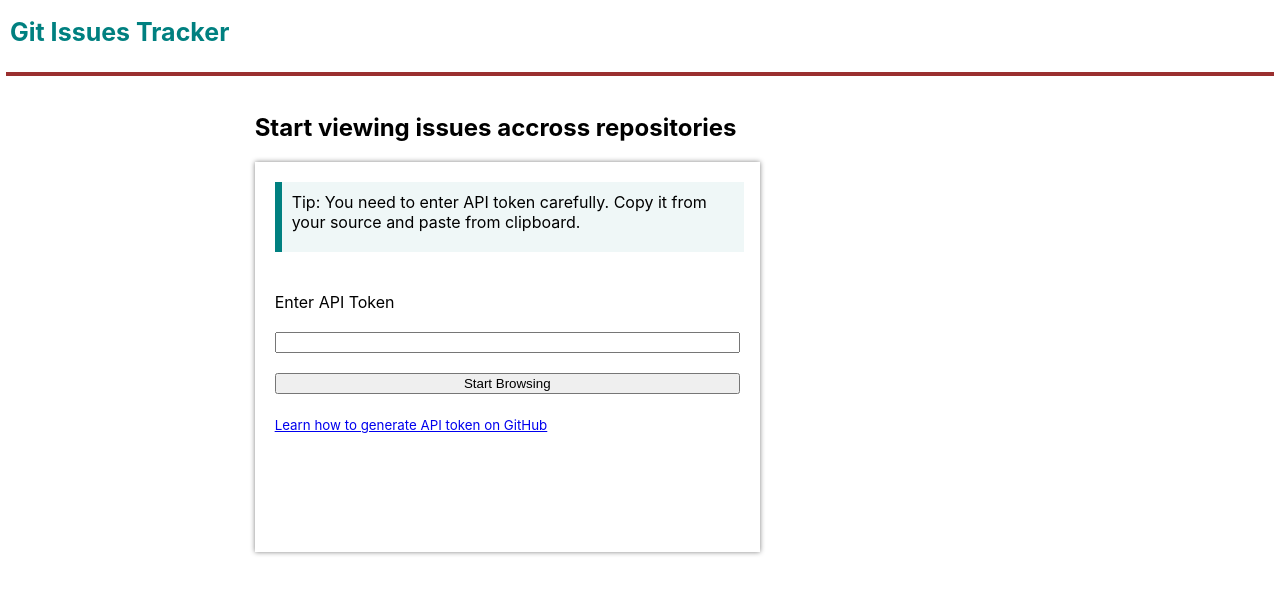
Repository: duzzisantos/github-repos-react-graphql
Page: /
An editor plug-in stored every save of this project. The page is shown before and after the next save, followed by the edit.
The browser window is 1280 px wide. The page is 1285 px wide, so the pictures cover 1285 px, including what lies to the right of the window. The pictures show the whole page.
The project was rebuilt for these pictures with package versions that can differ from the ones it lists, and the page was loaded fresh each time. Also part of the build but not shown: src/App.css, src/components/table/Filters.tsx, src/components/table/Pagination.tsx, src/components/table/TableComponent.tsx, src/components/table/columnHelpers.ts, src/utilities/funtions.ts, src/pages/Repositories.tsx, src/components/cards/Cards.tsx and 1 more.

Above is the page before, as saved 2024-06-17 17:45:37.

### src/index.tsx
import React from "react";
import ReactDOM from "react-dom/client";
import "./index.css";
import App from "./App";
import reportWebVitals from "./reportWebVitals";
import { BrowserRouter } from "react-router-dom";
import { ApolloProvider } from "@apollo/client";
import client from "./api/apolloClient";

const root = ReactDOM.createRoot(
  document.getElementById("root") as HTMLElement
);
root.render(
  <React.StrictMode>
    <BrowserRouter>
      <ApolloProvider client={client}>
        <App />
      </ApolloProvider>
    </BrowserRouter>
  </React.StrictMode>
);

// If you want to start measuring performance in your app, pass a function
// to log results (for example: reportWebVitals(console.log))
// or send to an analytics endpoint. Learn more: https://bit.ly/CRA-vitals
reportWebVitals();

### src/App.tsx
import React from "react";
import "./App.scss";
import "./App.css";
import { Routes, Route } from "react-router-dom";
import StartPage from "./pages/StartPage";
import Repositories from "./pages/Repositories";
import ViewRepository from "./pages/ViewRepository";

function App() {
  return (
    <div className="App">
      <h1>Git Issues Tracker</h1>
      <hr />

      <Routes>
        <Route path="/" element={<StartPage />} />
        <Route path="/start" element={<StartPage />} />
        <Route path="/repositories" element={<Repositories />} />
        <Route path="/owner/repositoryName" element={<ViewRepository />} />
      </Routes>
    </div>
  );
}

export default App;

### src/api/apolloClient.ts
import { ApolloClient, InMemoryCache, createHttpLink } from "@apollo/client";
import { setContext } from "@apollo/client/link/context";

const http = createHttpLink({
  uri: "https://api.github.com/graphql",
});

const auth = setContext((_, { headers }) => {
  const apiToken = localStorage.getItem("authToken");

  return {
    headers: {
      ...headers,
      authorization: `Bearer ${apiToken}`,
    },
  };
});

const client = new ApolloClient({
  link: auth.concat(http),
  cache: new InMemoryCache(),
});

export default client;

### src/App.scss
.App {
  display: flex;
  flex-direction: column;
}

.container {
  width: 98.8%;
  padding: 10px 10px;
  display: flex;
  justify-content: center;
  bottom: 0;
  margin-left: auto;
}

h1 {
  font-size: 25px;
  padding: 0 10px;
  color: teal;
}

hr {
  border: 2px solid rgb(154, 47, 47);
  width: 98.8%;
}

form {
  width: 60%;
  height: 350px;

  box-shadow: 0px 0px 5px gray;
  padding: 20px 20px;
}

.form-group {
  display: flex;
  flex-direction: column;
}

.user-tip {
  height: 50px;
  width: 95%;
  padding: 10px 10px;
  margin-bottom: 40px;
  border-left: 7px solid teal;
  background-color: rgb(239, 247, 247);
}

label,
input,
.primary-btn {
  margin-bottom: 20px;
}

### src/pages/StartPage.tsx
import React from "react";
import Container from "src/components/Container";
import Form from "src/components/Form";

const StartPage = () => {
  return (
    <Container
      pageSubTitle="Start viewing issues accross repositories"
      children={<Form />}
    />
  );
};

export default StartPage;

### src/components/Container.tsx
import React from "react";

interface ContainerProps {
  pageSubTitle: string;
  repositoryOwner?: string;
  children: any;
}

const Container = ({
  pageSubTitle,
  children,
  repositoryOwner,
}: ContainerProps) => {
  return (
    <main className="container">
      <section>
        <h2>{pageSubTitle}</h2>
        <h3>{repositoryOwner}</h3>
        {children}
      </section>
    </main>
  );
};

export default Container;

### src/components/Form.tsx
import React, { useState } from "react";
import { useNavigate } from "react-router-dom";
import { useLazyQuery } from "@apollo/client";
import { GET_ALL_REPOSITORIES } from "src/api/queryhelper";
//We need to specify the types of data we would be utilizing as state

const Form = () => {
  const [apiToken, setApiToken] = useState("");
  const [apiPayLoad, setApiPayload] = useState([]);
  const [getRepositories, { loading, error, data }] =
    useLazyQuery(GET_ALL_REPOSITORIES);

  const navigate = useNavigate();

  const handleChange = (e: any) => {
    setApiToken(e.target.value);
  };

  const handleSubmit = () => {
    localStorage.setItem("authToken", apiToken);

    //We make the GraphQL API call here
    getRepositories()
      .then((res: any) => {
        console.log(res.data);
        setApiPayload(res.data.viewer.repositories.nodes);
      })
      .catch((err) => {
        console.warn(err?.message);
      });
  };

  if (data) {
    navigate("/repositories", {
      state: {
        //this is the result we want to consume as we navigate to the /repositories route
        data: data.viewer.repositories.nodes,
        error: error,
        loading: loading,
        apiPayLoad,
      },
    });
  }

  return (
    <form>
      <div className="user-tip">
        Tip: You need to enter API token carefully. Copy it from your source and
        paste from clipboard.
      </div>

      <div className="form-group">
        <label htmlFor="apiToken">Enter API Token</label>
        <input
          type="text"
          name="apiToken"
          value={apiToken}
          onChange={handleChange}
        />
        <button className="primary-btn" type="button" onClick={handleSubmit}>
          Start Browsing
        </button>

        <strong>{error && error.message}</strong>
      </div>
      <small className="form-text" id="info">
        <a
          title="Read short documentation"
          href="https://docs.github.com/en/authentication/keeping-your-account-and-data-secure/managing-your-personal-access-tokens"
        >
          Learn how to generate API token on GitHub
        </a>
      </small>
    </form>
  );
};

export default Form;

### src/api/queryhelper.ts
import { gql } from "@apollo/client";

const GET_ALL_REPOSITORIES = gql`
  query {
    viewer {
      repositories(first: 50) {
        nodes {
          id
          name
          owner {
            login
          }
          visibility
          stargazerCount
          forkCount
          url
          issues {
            totalCount
          }
          licenseInfo {
            name
          }
          updatedAt
          createdAt
        }
      }
    }
  }
`;

const GET_REPOSITORY_BY_NAME = gql`
  query ($name: NAME!) {
    node(name: $name) {
      ... on Repository {
        id
        name
        owner {
          login
        }
        visibility
        stargazerCount
        forkCount
        url
        issues {
          totalCount
        }
        licenseInfo {
          name
        }
        updatedAt
        createdAt
      }
    }
  }
`;

export { GET_ALL_REPOSITORIES, GET_REPOSITORY_BY_NAME };

Loaded but not shown: public/index.html (common file); src/index.css (common file); src/reportWebVitals.ts (common file)

After the next save:
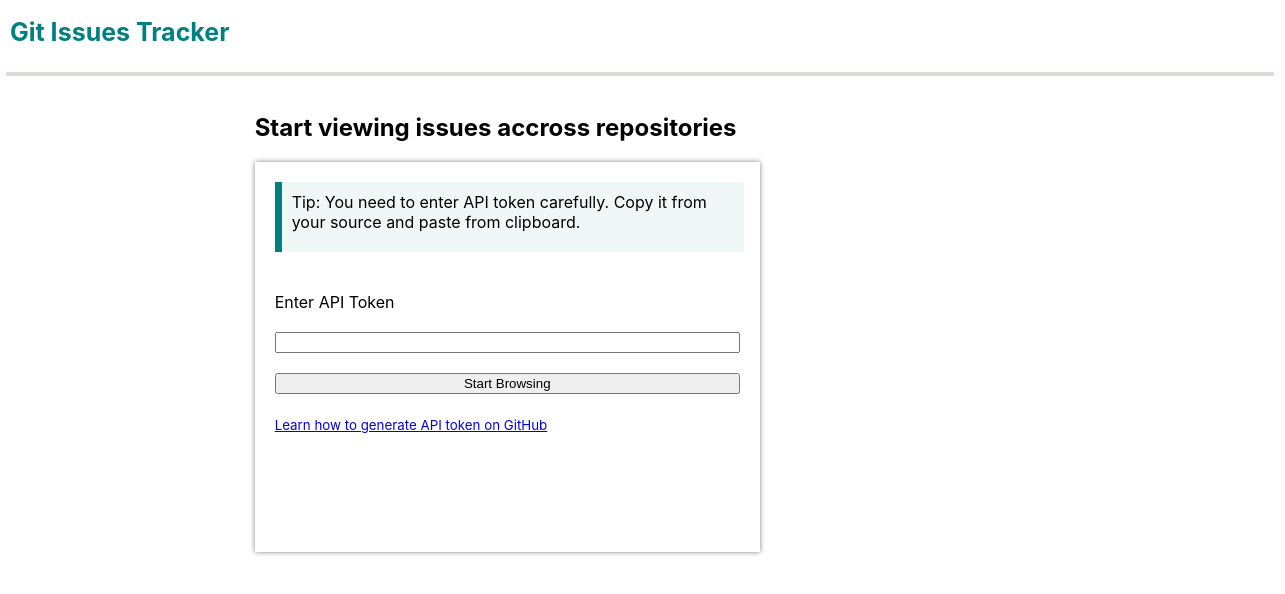
Saved 7 s later.
--- a/src/App.scss
+++ b/src/App.scss
@@ -19,7 +19,7 @@ h1 {
 }
 
 hr {
-  border: 2px solid rgb(154, 47, 47);
+  border: 2px solid rgb(225, 216, 216);
   width: 98.8%;
 }
 
